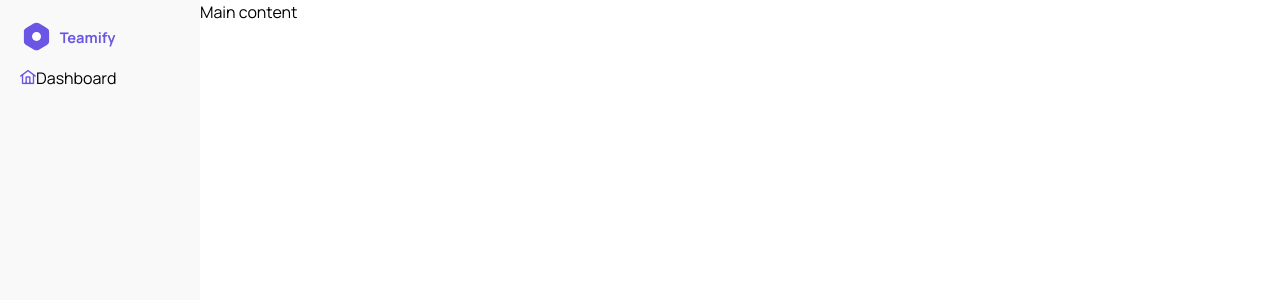
Repository: kottuzik/200apps-exercise
Page: / (app in vue-dashboard-template/)
An editor plug-in stored every save of this project. The page is shown before and after the next save, followed by the edit.
The browser window is 1280 px wide. The pictures show the whole page.
The project was rebuilt for these pictures with package versions that can differ from the ones it lists, and the page was loaded fresh each time. Also part of the build but not shown: vue-dashboard-template/vite.config.js.

Above is the page before, as saved 2025-07-11 17:09:40.

After the next save:
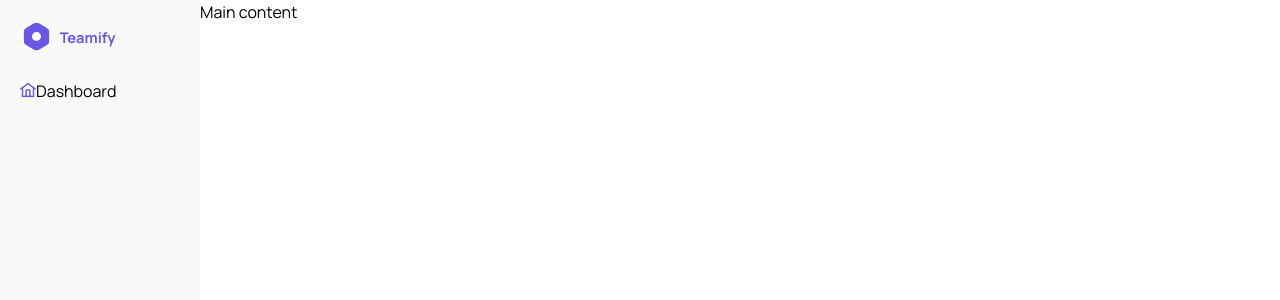
Saved 32 s later.
--- a/vue-dashboard-template/src/assets/styles.scss
+++ b/vue-dashboard-template/src/assets/styles.scss
@@ -15,7 +15,7 @@
     display: flex;
     align-items: center;
     gap: 0.521vw;
-    margin-bottom: 1.042vw;
+    margin-bottom: 2.042vw;
     .text{
         font-size: 1.146vw;
         font-weight: 700;
